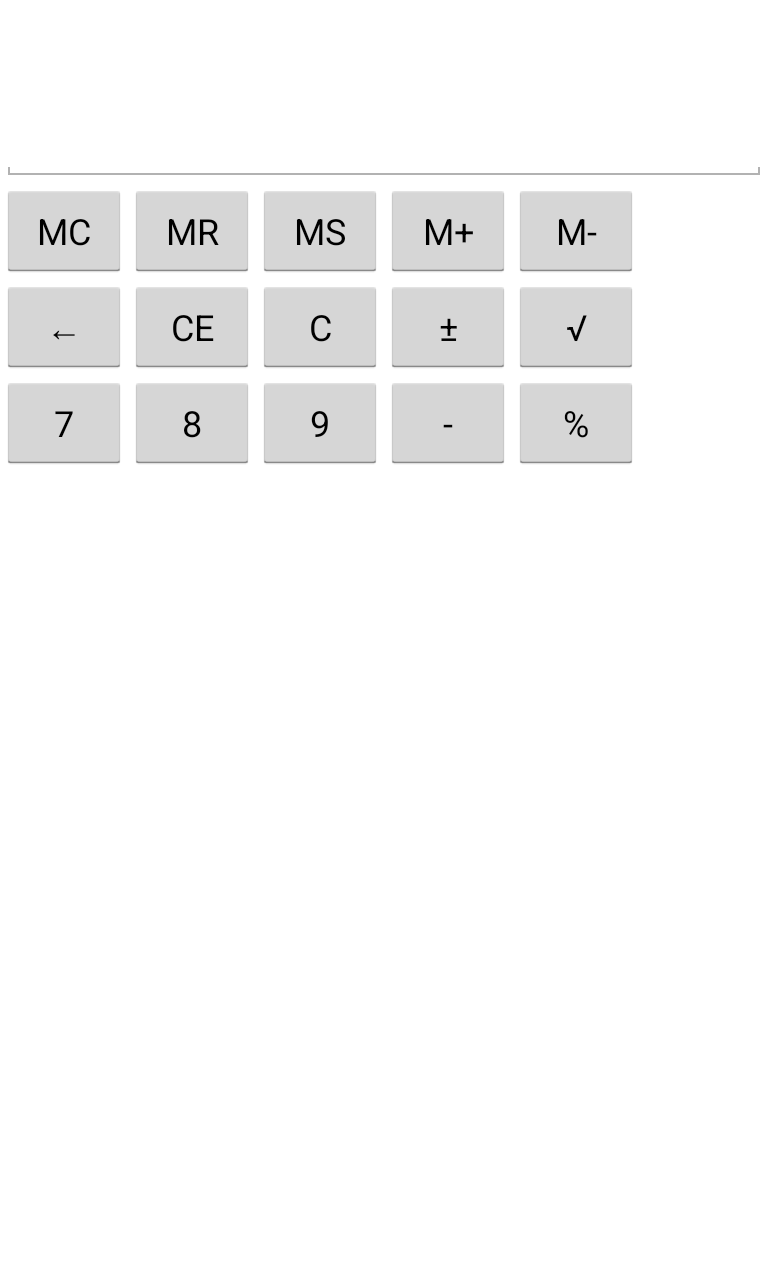
Repository: sonyi/androidClass
Layout: androidClass/day02/Calculate/res/layout/activity_main.xml
These files come from the project's save history. The layout is drawn as it stood at one moment and after the next save; the edit follows.
It is drawn on a 768 x 1280 px phone screen (xhdpi) without system bars, with theme AppTheme; the app's code is not run.

Above is the layout before, as saved 2014-05-28 05:57:54.

After the next save:
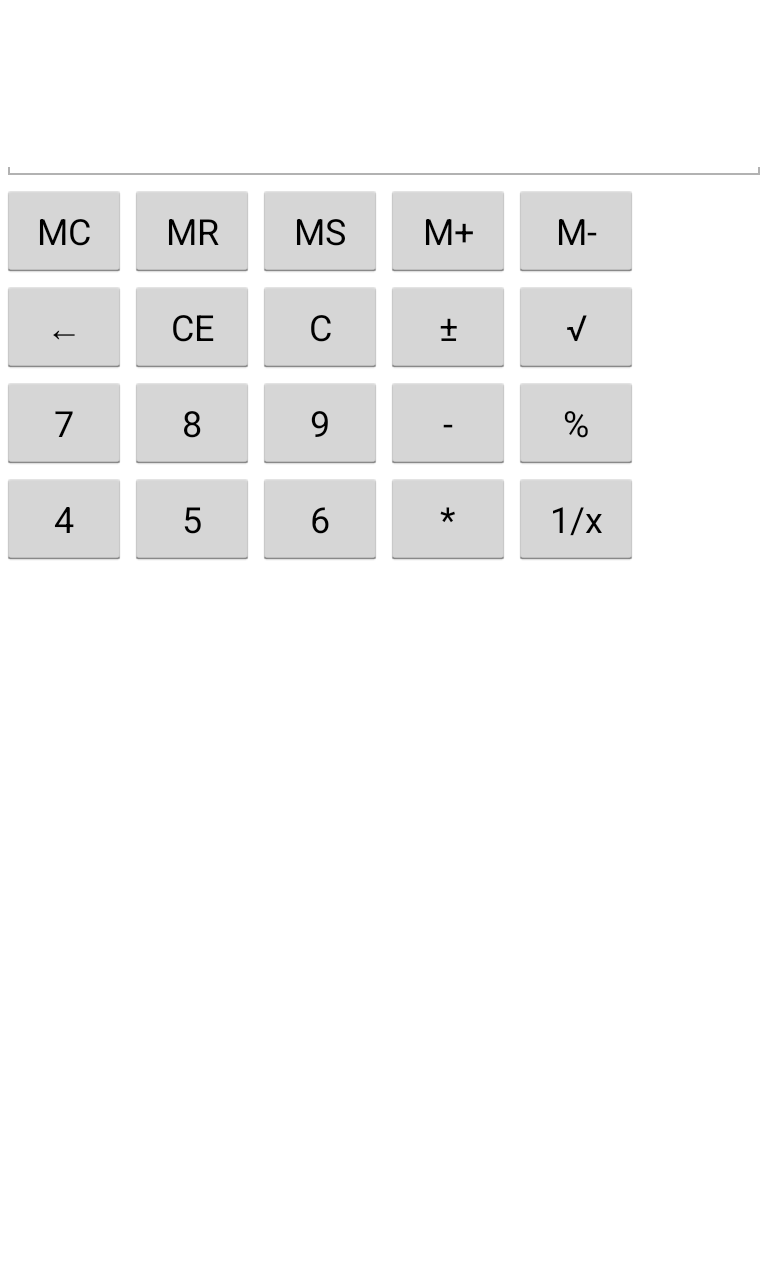
Saved 82 min 21 s later.
--- a/androidClass/day02/Calculate/res/layout/activity_main.xml
+++ b/androidClass/day02/Calculate/res/layout/activity_main.xml
@@ -131,4 +131,47 @@
         android:layout_toRightOf="@id/id_sub"
         android:text="%" />
 
+
+
+      <Button
+        android:id="@+id/id_4"
+        android:layout_width="wrap_content"
+        android:layout_height="wrap_content"
+        android:layout_below="@id/id_7"
+        android:text="4" />
+
+    <Button
+        android:id="@+id/id_5"
+        android:layout_width="wrap_content"
+        android:layout_height="wrap_content"
+        android:layout_alignTop="@id/id_4"
+        android:layout_toRightOf="@id/id_4"
+        android:text="5" />
+
+    <Button
+        android:id="@+id/id_6"
+        android:layout_width="wrap_content"
+        android:layout_height="wrap_content"
+        android:layout_alignTop="@id/id_5"
+        android:layout_toRightOf="@id/id_5"
+        android:text="6" />
+
+    <Button
+        android:id="@+id/id_mul"
+        android:layout_width="wrap_content"
+        android:layout_height="wrap_content"
+        android:layout_alignTop="@id/id_6"
+        android:layout_toRightOf="@id/id_6"
+        android:text="*" />
+
+    <Button
+        android:id="@+id/id_fra"
+        android:layout_width="wrap_content"
+        android:layout_height="wrap_content"
+        android:layout_alignTop="@id/id_mul"
+        android:layout_toRightOf="@id/id_mul"
+        android:text="1/x" />
+
+
+
 </RelativeLayout>
